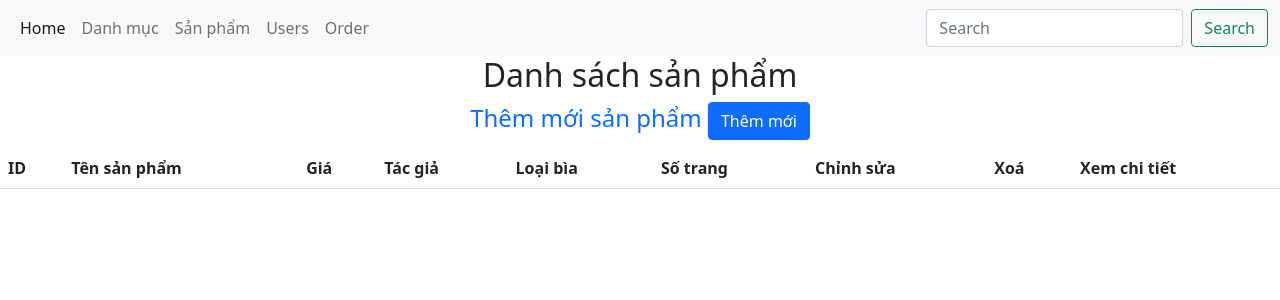
Repository: ThanhNghiadn03/Website-1-JSP-Servlet
Page: http://localhost/new-web-ban-sach/views/admin/jsp-product/product.jsp
The author's editor kept a copy of each file at every save. The page is drawn from the files as they stood at one save, then again after the next save.
The browser window is 1280 px wide. The pictures show the whole page.
The page is served by Tomcat 9. Other server files are loaded and not shown. The template is opened directly, without the code that normally fills it, so the values that code supplies are empty.

Above is the page before, as saved 2023-04-30 08:22:26.

### Project/new-web-ban-sach/src/main/webapp/views/admin/jsp-product/product.jsp
<%@ page language="java" contentType="text/html; charset=UTF-8"
	pageEncoding="UTF-8"%>
<%@ taglib uri="http://java.sun.com/jsp/jstl/core" prefix="c"%>
<!DOCTYPE html>
<html>
<head>
<meta charset="UTF-8">
<title>Sản phẩm</title>
<link
	href="https://cdn.jsdelivr.net/npm/bootstrap@5.0.2/dist/css/bootstrap.min.css"
	rel="stylesheet"
	integrity="sha384-EVSTQN3/azprG1Anm3QDgpJLIm9Nao0Yz1ztcQTwFspd3yD65VohhpuuCOmLASjC"
	crossorigin="anonymous">
</head>
<body>
	<div class="header">
		<nav class="navbar navbar-expand-lg navbar-light bg-light">
			<div class="container-fluid">
				<!-- 				<a class="navbar-brand" href="#"> <img src="logo_casestudy.png"
					width="50px" height="50px">
				</a> -->
				<button class="navbar-toggler" type="button"
					data-bs-toggle="collapse" data-bs-target="#navbarSupportedContent"
					aria-controls="navbarSupportedContent" aria-expanded="false"
					aria-label="Toggle navigation">
					<span class="navbar-toggler-icon"></span>
				</button>
				<div class="collapse navbar-collapse" id="navbarSupportedContent">
					<ul class="navbar-nav me-auto mb-2 mb-lg-0">
						<li class="nav-item"><a class="nav-link active"
							aria-current="page"
							href=/new-web-ban-sach/admin-home?action=admin>Home</a></li>
						<li class="nav-item"><a class="nav-link"
							href="/new-web-ban-sach/admin-home?action=categories">Danh
								mục</a></li>
						<li class="nav-item"><a class="nav-link"
							href="/new-web-ban-sach/admin-home?action=products">Sản phẩm</a></li>
						<li class="nav-item"><a class="nav-link"
							href="/new-web-ban-sach/admin-home?action=users">Users</a></li>
						<li class="nav-item"><a class="nav-link"
							href="/new-web-ban-sach/admin-home?action=orders">Order</a></li>
					</ul>
					<form class="d-flex">
						<input class="form-control me-2" type="search"
							placeholder="Search" aria-label="Search">
						<button class="btn btn-outline-success" type="submit">Search</button>
					</form>
				</div>
			</div>
		</nav>
	</div>
	<center>
		<h2>Danh sách sản phẩm</h2>
		<h4>
			<a href="/new-web-ban-sach/admin-home?action=creatProduct"
				style="text-decoration: none"> Thêm mới sản phẩm </a>
			<button type="button" class="btn btn-primary" data-bs-toggle="modal"
				data-bs-target="#addProduct" data-bs-whatever="@mdo">Thêm
				mới</button>
		</h4>
	</center>
	<div id="addProduct" class="modal fade" tabindex="-1"
		aria-labelledby="addNew" aria-hidden="true">
		<div class="modal-dialog">

			<!-- Modal content-->
			<div class="modal-content">
				<div class="modal-header">
					<h4 class="modal-title" id="addNew">Thêm mới sản phẩm</h4>
					<button type="button" class="btn-close" data-bs-dismiss="modal"
						aria-label="Close"></button>
				</div>
				<div class="modal-body">
					<div class="mb-3">
						<input type="text" name="nameProduct" class="form-control"
							placeholder="Tên sản phẩm">
					</div>
					<div class="mb-3">
						<input type="text" name="price" class="form-control"
							placeholder="Giá cả">
					</div>
					<div class="mb-3">
						<input type="text" name="discount" class="form-control"
							placeholder="Giảm giá">
					</div>
					<div class="mb-3">
						<textarea name="Product Description" placeholder="Mô tả sản phẩm"></textarea>
					</div>
					<div class="mb-3">
						<input type="text" name="nxb" class="form-control"
							placeholder="Nhà xuất bản">
					</div>
					<div class="mb-3">
						<input type="text" name="tacgia" class="form-control"
							placeholder="Tác giả">
					</div>
					<div class="mb-3">
						<input type="text" name="loaibia" class="form-control"
							placeholder="Loại bìa">
					</div>
					<div class="mb-3">
						<input type="text" name="sotrang" class="form-control"
							placeholder="Số trang">
					</div>
					<select class="form-select" id="inputGroupSelect01">
						<option selected>Choose...</option>
						<option value="1">One</option>
						<option value="2">Two</option>
						<option value="3">Three</option>
					</select>
				</div>
				<div class="modal-footer">
					<button type="button" class="btn btn-secondary"
						data-bs-dismiss="modal">Đóng</button>
					<button type="button" class="btn btn-primary">Thêm mới</button>
				</div>
			</div>

		</div>
	</div>
	<div>
		<table class="table">
			<tr>
				<th>ID</th>
				<th>Tên sản phẩm</th>
				<th>Giá</th>
				<th>Tác giả</th>
				<th>Loại bìa</th>
				<th>Số trang</th>
				<th>Chỉnh sửa</th>
				<th>Xoá</th>
				<th>Xem chi tiết</th>
			</tr>
			<c:forEach varStatus="count" var="product" items="${listProduct}">
				<tr>
					<td><c:out value="${product.idProduct}"></c:out></td>
					<td><c:out value="${product.nameProduct}"></c:out></td>
					<td><c:out value="${product.price}.000 VNĐ"></c:out></td>
					<td><c:out value="${product.tacgia}"></c:out></td>
					<td><c:out value="${product.loaibia}"></c:out></td>
					<td><c:out value="${product.sotrang}"></c:out></td>
					<td><a
						href="/new-web-ban-sach/admin-home?action=editProduct&idProduct=${product.idProduct}"
						style="text-decoration: none">Chỉnh sửa</a></td>
					<td><a
						href="/new-web-ban-sach/admin-home?action=deleteProduct&idProduct=${product.idProduct}"
						style="text-decoration: none">Xoá</a></td>
					<td><a
						href="/new-web-ban-sach/admin-home?action=detailCate&idCategory=${product.idProduct}"
						style="text-decoration: none">Chi tiết</a></td>
				</tr>
			</c:forEach>
		</table>
	</div>

	<script
		src="https://cdn.jsdelivr.net/npm/bootstrap@5.0.2/dist/js/bootstrap.bundle.min.js"
		integrity="sha384-MrcW6ZMFYlzcLA8Nl+NtUVF0sA7MsXsP1UyJoMp4YLEuNSfAP+JcXn/tWtIaxVXM"
		crossorigin="anonymous"></script>
</body>
</html>

After the next save:
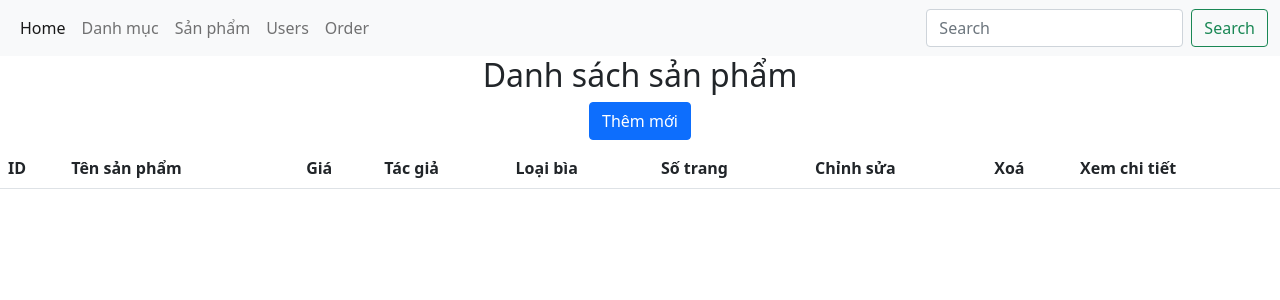
Saved 39 s later.
--- a/Project/new-web-ban-sach/src/main/webapp/views/admin/jsp-product/product.jsp
+++ b/Project/new-web-ban-sach/src/main/webapp/views/admin/jsp-product/product.jsp
@@ -52,8 +52,6 @@
 	<center>
 		<h2>Danh sách sản phẩm</h2>
 		<h4>
-			<a href="/new-web-ban-sach/admin-home?action=creatProduct"
-				style="text-decoration: none"> Thêm mới sản phẩm </a>
 			<button type="button" class="btn btn-primary" data-bs-toggle="modal"
 				data-bs-target="#addProduct" data-bs-whatever="@mdo">Thêm
 				mới</button>
